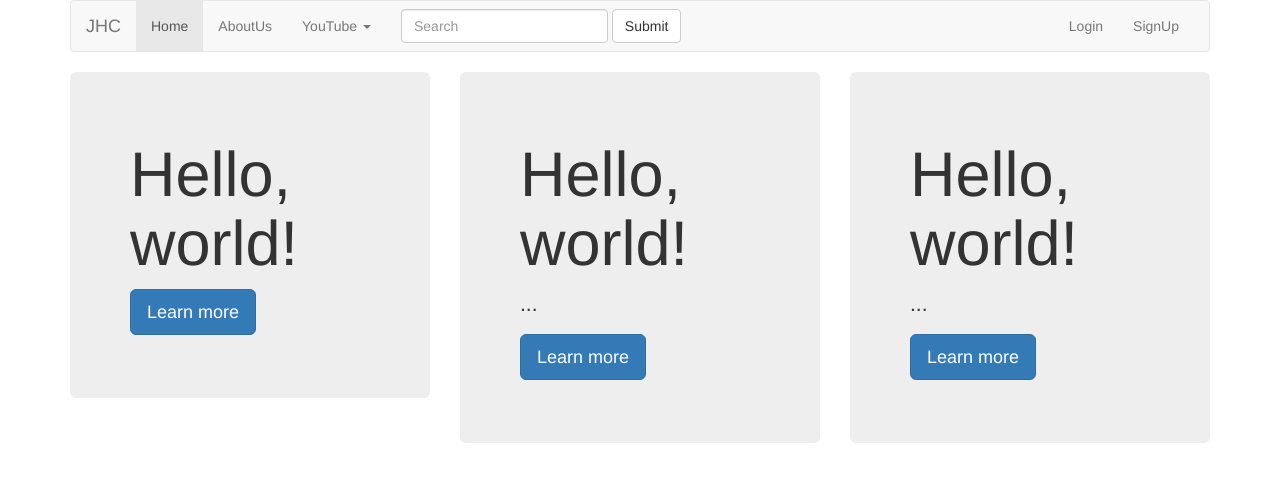
Repository: Karthi-Mano/AdvanceJavaPrograms
Page: BootStrapExample/WebContent/JavaPage.html
These files come from the project's save history. The page is drawn as it stood at one moment and after the next save; the edit follows.
The browser window is 1280 px wide. The pictures show the whole page.

Above is the page before, as saved 2017-09-13 22:50:09.

After the next save:
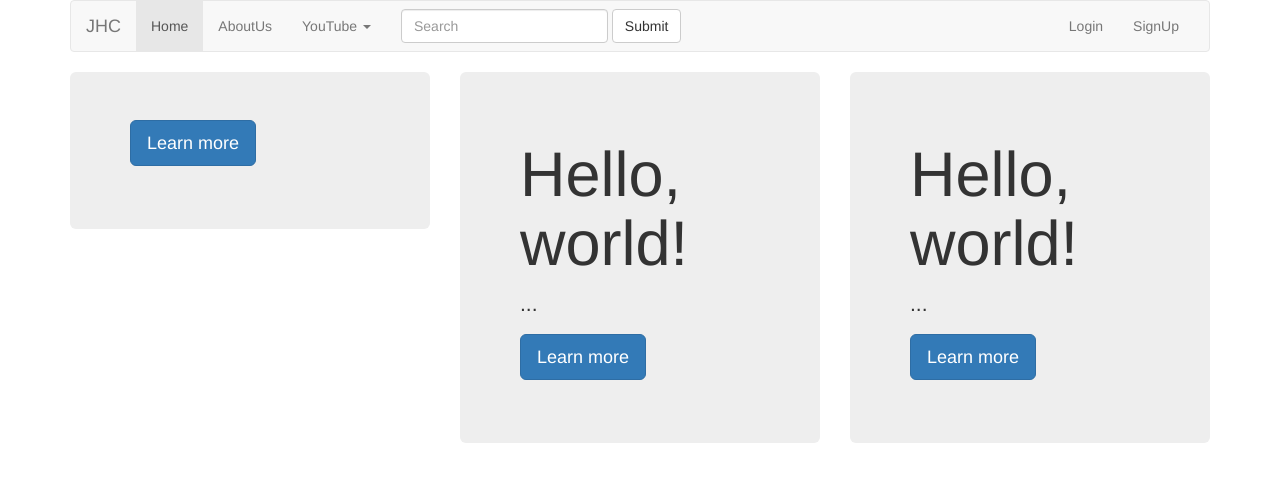
Saved 50 s later.
--- a/BootStrapExample/WebContent/JavaPage.html
+++ b/BootStrapExample/WebContent/JavaPage.html
@@ -60,7 +60,7 @@
  <div class="row">
    <div class="col-md-4">
    <div class="jumbotron">
-  <h1>Hello, world!</h1>
+   <a href="https://www.youtube.com/embed/XGSy3_Czz8k"></a>
 
   <p><a class="btn btn-primary btn-lg" href="#" role="button">Learn more</a></p>
 </div>
